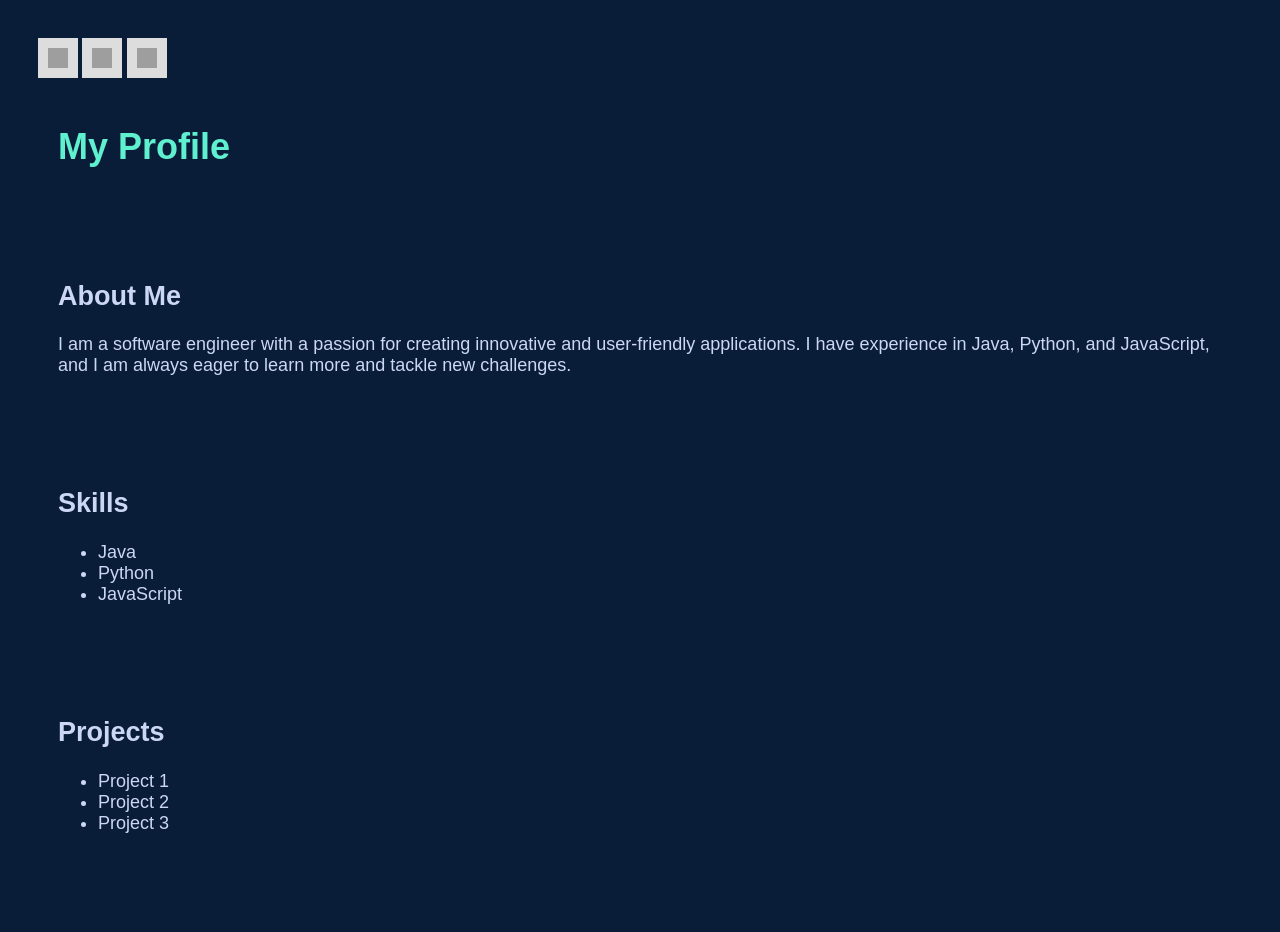
Repository: aoineco/portfolio
Page: index.html
These files come from the project's save history. The page is drawn as it stood at one moment and after the next save; the edit follows.
The browser window is 1280 px wide. The pictures show the whole page.
Pictures or frames that could not be fetched are drawn as grey boxes.

Above is the page before, as saved 2023-02-10 13:52:54.
Console error: TypeError: Cannot read properties of null (reading 'offsetTop')

After the next save:
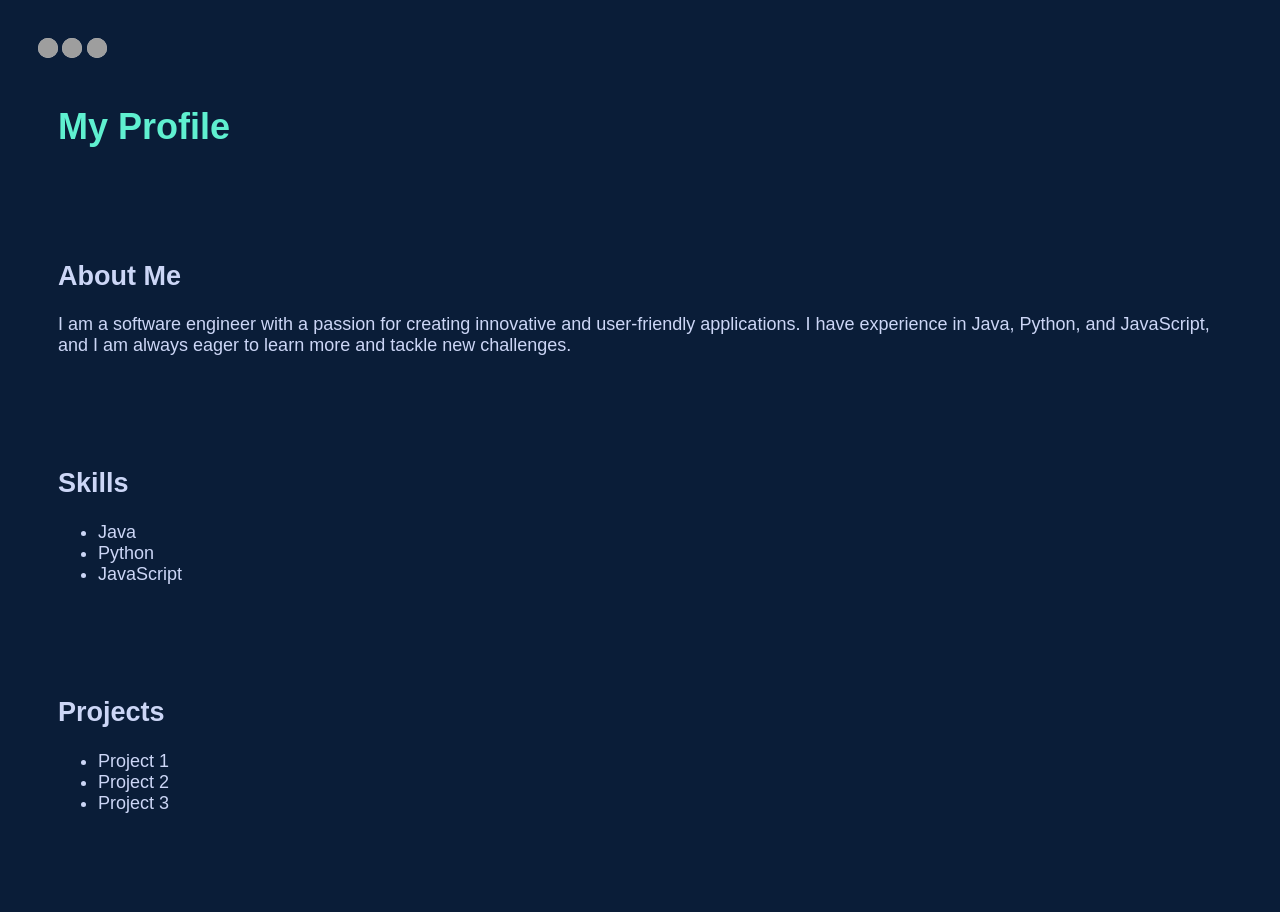
Saved 9 s later.
--- a/style.css
+++ b/style.css
@@ -41,7 +41,7 @@ section {
 img {
     width: 20px;
     height: 20px;
-    border-radius: 0px;
+    border-radius: 25px;
     background-color: #ddd;
-    padding: 10px;
+    padding: 0px;
 }
